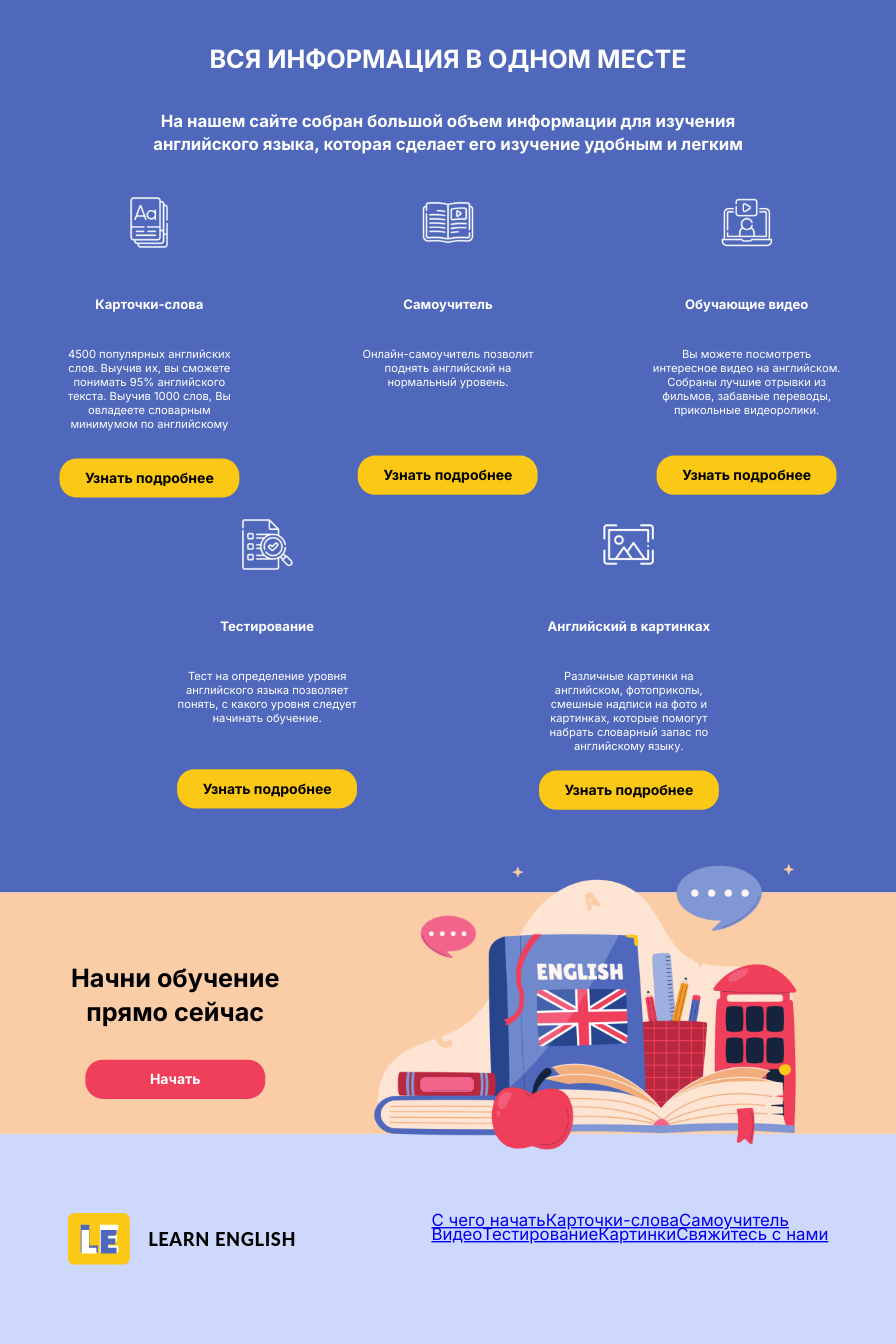
Repository: WladimirVA/Diplom
Page: scool/index.html
The author's editor kept a copy of each file at every save. The page is drawn from the files as they stood at one save, then again after the next save.
The browser window is 1280 px wide. The pictures show the part of the page from y = 1377 to 3297 px (the page is 3297 px tall), at 70% of full size.

Above is the page before, as saved 2023-07-19 15:01:17.

After the next save:
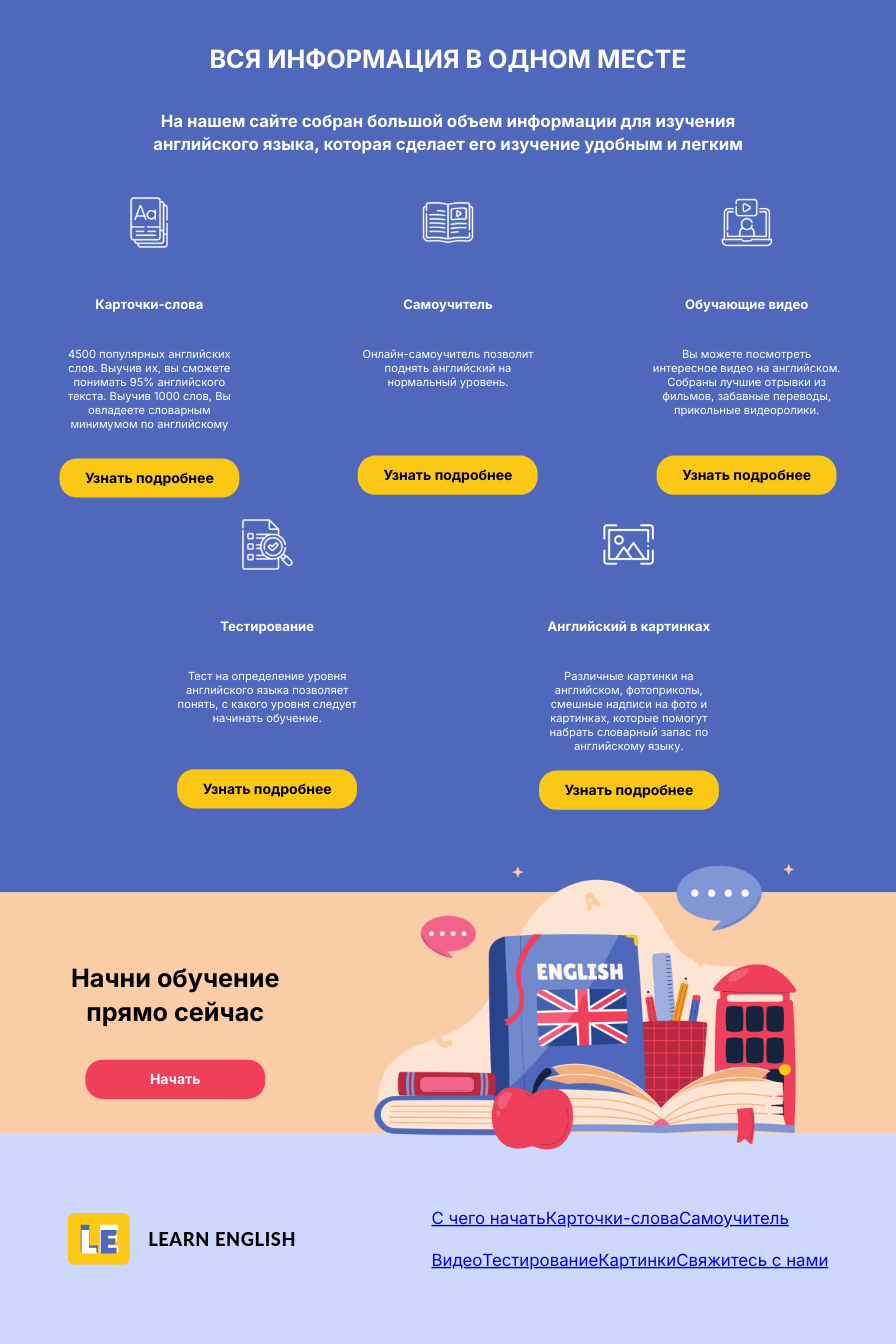
Saved 50 s later.
--- a/scool/css/index.css
+++ b/scool/css/index.css
@@ -391,5 +391,5 @@ ul.ddropdownn .ddropdownn-inside a:hover {/* Цвет фона изменитс
     letter-spacing: 0em;
     text-align: left;
     list-style-type: none;
-    margin: 0 0 0 0;
-}
+    margin: 40px 0 0 0;
+}
